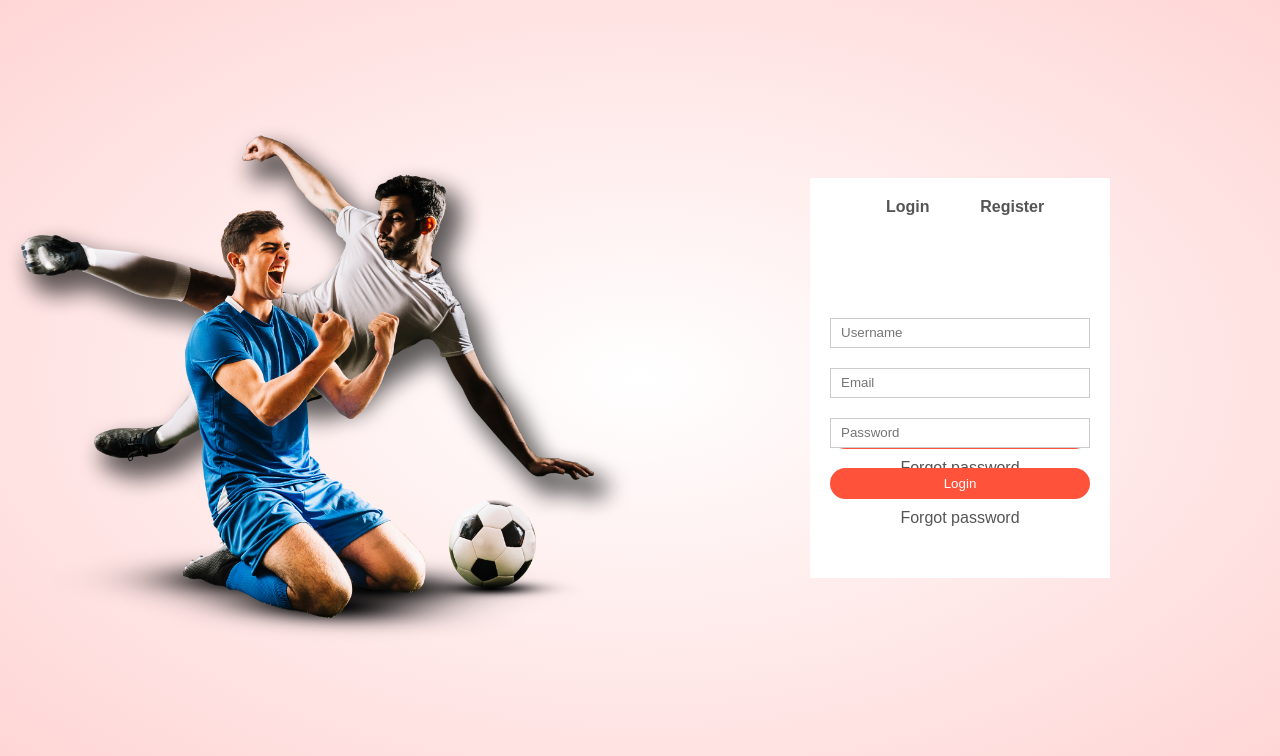
Repository: ritikalohia/tepid-frontend
Page: account.html
An editor plug-in stored every save of this project. The page is shown before and after a run of saves, followed by the edit.
The browser window is 1280 px wide. The pictures show the whole page.

Above is the page before, as saved 2021-06-09 12:33:22.

### account.html
<!DOCTYPE html>
<html lang="en">
<head>
    <meta charset="UTF-8">
    <meta http-equiv="X-UA-Compatible" content="IE=edge">
    <meta name="viewport" content="width=device-width, initial-scale=1.0">
    <link rel="stylesheet" href="style.css">
    <title>Document</title>
</head>
<body>
    <!---account page------>
    <div class="account-page">
        <div class="row">
            <div class="col-2">
                <img src="images/image1.png" width="100%" alt="">
            </div>
            <div class="col-2">
                <div class="form-container">
                    <div class="form-btn">
                        <span>Login</span>
                        <span>Register</span>
                    </div>
                    <form id="LoginForm">
                        <input type="text" placeholder="Username">
                        <input type="password" placeholder="Password">
                        <button type="submit" class="btn">Login</button>
                        <a href=""> Forgot password</a>
                    </form>

                    <form id="RegForm">
                        <input type="text" placeholder="Username">
                        <input type="email" placeholder="Email">
                        <input type="password" placeholder="Password">
                        <button type="submit" class="btn">Login</button>
                        <a href=""> Forgot password</a>
                    </form>
                </div>
            </div>

        </div>
    </div>


</body>
</html>

### style.css


*{
    margin: 0;
    padding: 0;
    box-sizing: border-box;
}

body{
    font-family: 'Poppins', sans-serif;
}

.navbar{
    display: flex;
    align-items: center;
    padding: 20px;
}

nav{
    flex: 1;
    text-align: right;
}

nav ul{
    display: inline-block;
    list-style-type: none;
}

nav ul li{
    display: inline-block;
    margin-right: 20px;
}

a{
    text-decoration: none;
    color: #555;
}

p{
    color: #555;
}

.container{
    max-width: 1300px;
    margin: auto;
    padding-left: 25px;
    padding-right: 25px;
}

.row{
    display: flex;
    align-items: center;
    flex-wrap: wrap;
    justify-content: space-around;
}

.col-2{
    flex-basis: 50%;
    min-width: 300px;
}

.col-2 img{
    max-width:100%;
    padding: 50px 0;
}

.col-2 h1{
    font-size: 50px;
    line-height: 60px;
    margin: 25px 0;
}

.btn{
    display: inline-block;
    background: #ff523b;
    color: #fff;
    margin: 30px 0;
    padding: 8px 30px;
    border-radius: 30px;
    transition: background 0.5s;
}

.btn:hover{
     background: #563434;
}

.header{
    background: radial-gradient(#fff, #ffd6d6);
}

.header .row{
    margin-top: 70px;
}

.categories{
    margin: 70px 0;
}

.col-3{
    flex-basis: 30%;
    min-width: 250px;
    margin-bottom: 30px;
}

.col-3 img{
    width: 100%;
}

.small-container{
    max-width: 1080px;
    margin: auto;
    padding-right: 25px;
    padding-left: 25px;
}

.col-4{
    flex-basis: 25%;
    padding: 10px;
    min-width: 200px;
    margin-bottom: 50px;
    transition: transform 0.5s;
}

.col-4 img{
    width: 100%;
}

.title{
    text-align: center;
    margin: 0 auto 80px;
    position: relative;
    line-height: 60px;
    color: #555;
}

.title::after{
    content: '';
    background: #ff523b;
    width: 80px;
    height: 5px;
    border-radius: 5px;
    position: absolute;
    bottom: 0;
    left: 50%;
    transform: translateX(-50%);
}

.title h4{
    color: #555;
    font-weight: normal;
}

.col-4 p{
    font-size: 14px;
}

.rating .fa{
    color: #ff523b;
}

.col-4:hover{
    transform: translateY(-5px);
}

/*----offer----*/
.offer{
    background: radial-gradient(#fff, #ffd6d6);
    margin-top: 80px;
    padding: 30px 0;
}

.col-2 .offer-img{
    padding: 50px;
}

small{
    color: #555;
}

/*Testimonial*/

.testimonial .col-3{
    text-align: center;
    padding: 40px 20px;
    box-shadow: 0 0 20px 0px rgba(0, 0, 0, 0.1);
    cursor: pointer;
    transition: transform 0.5s;
}

.testimonial .col-3 img{
    width: 50px;
    margin-top: 20px;
    border-radius: 50%;
}

.testimonial .col-3:hover{
    transform: translateY(-10px);
}

.fa.fa-qoute-left{
    font-size: 34px;
    color: #ff523b;
}

.col-3 p{
    font-size: 12px;
    margin: 12px 0;
    color: #777;
}

.testimonial .col-4 h3{
    font-weight: 600;
    color:#555;
    font-size: 16px;
}

/*-----------brands--------------*/
.brands{
    margin: 100px auto;
}

.col-5{
    width: 160px;
}

.col-5 img{
    width: 100%;
    cursor: pointer;
    filter: grayscale(100%);
}

.col-5 img:hover{
    filter: grayscale(0);
}


/*-------------footer---------------*/

.footer{
    background: #000;
    color: #8a8a8a;
    font-size: 14px;
    padding: 60px 0 20px;
}

.footer p {
    color: #8a8a8a;
}

.footer h3{
    color: #fff;
    margin-bottom: 20px;
}

.footer-col-1, .footer-col-2, .footer-col-3, .footer-col-4{
    min-width: 250px;
    margin-bottom: 20px;
}

.footer-col-1{
    flex-basis: 30%;
}

.footer-col-2{
    flex: 1;
    text-align: center;
}

.footer-col-2 img{
    width: 180px;
    margin: 20px;
}

.footer-col-3, .footer-col-4{
    flex-basis: 12%;
    text-align: center;
}

ul{
    list-style-type: none;
}

.app-logo{
    margin-top: 20px;
}

.app-logo img{
    width: 140px;
}

.footer hr{
    border: none;
    background: #b5b5b5;
    margin: 20px 0;
    height: 1px;
}

.copyright{
     text-align: center;
}

.menu-icon{
    width: 28px;
    margin-left: 20px;
    display: none;
}


/*-------------media query-------------*/
@media only screen and (max-width:800px){
    nav ul{
        position: absolute;
        top: 70px;
        left: 0;
        background: #333;
        width: 100%;
        overflow: hidden;
        transition: max-height 0.5s;
    }

    nav ul li{
        display: block;
        margin-right: 50px;
        margin-top: 10px;
        margin-bottom: 10px;
    }

    nav ul li a{
        color: #fff;
    }

    .menu-icon{
        display: block;
        cursor: pointer;
    }
}

/* media query for less than 600 screen size */
@media only screen and (max-width:600px){
    .row{
        text-align: center;
    }

    .col-2, .col-3, .col-4{
        flex-basis: 100%;
    }
}




/*  all products page  */
.row-2{
    justify-content: space-between;
    margin: 100px auto 50px;
}

select{
    border: 1px solid #ff523b;
    padding: 5px;
}

select:focus{
    outline: none;
}

.page-btn{
    margin: 0 auto 80px;
}

.page-btn span{
    display: inline-block;
    border: 1px solid #ff523b;
    margin-left: 10px;
    width: 40px;
    height: 40px;
    text-align: center;
    line-height: 40px;
    cursor: pointer;
}


.page-btn span:hover{
    background: #ff523b;
    color: #fff;
}



/*--------Product page---------*/
.single-product{
    margin-top: 80px;
}

.single-product .col-2 img{
    padding: 0;
}

.single-product .col-2{
    padding: 20px;
}

.single-product h4{
    margin: 20px 0;
    font-size: 22px;
    font-weight: bold;
}

.single-product select{
    display: block;
    padding: 10px;
    margin-top: 20px;
}

.single-product input{
    width: 50px;
    height: 40px;
    padding-left: 10px;
    font-size: 20px;
    margin-right: 10px;
    border: 1px solid #ff523b;
}

input:focus{
    outline: none;
}

.single-product .fa{
    color: #ff523b;
    margin-left:  10px;
}

.small-img-row{
    display: flex;
    justify-content: space-around;
}

.small-img-col{
    flex-basis: 24%;
    cursor: pointer;
}

@media only screen and (max-width:600px){

    .single-product{
        text-align: left;
    }

    .single-product .col-2{
        padding: 20px 0;
    }
    .single-product h1{
        font-size: 26px;
        line-height: 22px;
    }
}


/*-------cart items------*/
.cart-page{
    margin: 80px auto;
}

table{
    width: 100%;
    border-collapse: collapse;
}

.cart-info{
    display: flex;
    flex-wrap: wrap;
}

th{
    text-align: left;
    padding: 5px;
    color: #fff;
    background: #ff523b;
    font-weight: normal;
}

td{
    padding: 10px 5px;
}

td input{
    width: 40px;
    height: 30px;
    padding: 5px;
}

td a{
    color: #ff523b;
    font-size: 12px;
}

td img{
    width: 80px;
    height: 80px;
    margin-right: 10px;
}

.total-price{
    display: flex;
    justify-content: flex-end;
}

.total-price table{
    border-top: 3px solid #ff523b;
    width: 100%;
    max-width: 400px;
}

td:last-child{
    text-align: right;
}

th:last-child{
    text-align: right;
}

@media only screen and (max-width:600px){
    .cart-info p{
        display: none;
    }
}



/* account page */
.account-page{
    padding: 50px 0;
    background: radial-gradient(#fff, #ffd6d6);
}

.form-container{
    background: #fff;
    width: 300px;
    height: 400px;
    position: relative;
    text-align: center;
    padding: 20px 0;
    margin: auto;
    box-shadow:  0 0 20 0 rgba(0, 0, 0, 0.1);
}

.form-container span{
    font-weight: bold;
    padding: 0 10px;
    color: #555;
    cursor: pointer;
    width: 100px;
    display: inline-block;
}

.form-btn{
   display: inline-block;
}

.form-container form{
    max-width: 300px;
    padding: 0 20px;
    position: absolute;
    top: 130px;
}

form input{
    width: 100%;
    height: 30px;
    margin: 10px 0;
    padding: 0 10px;
    border: 1px solid #ccc;
}

form .btn{
    width: 100%;
    border:none;
    cursor: pointer;
    margin: 10px 0;
}

form .btn:focus{
    outline: none;
}

#l

After the next 3 saves:
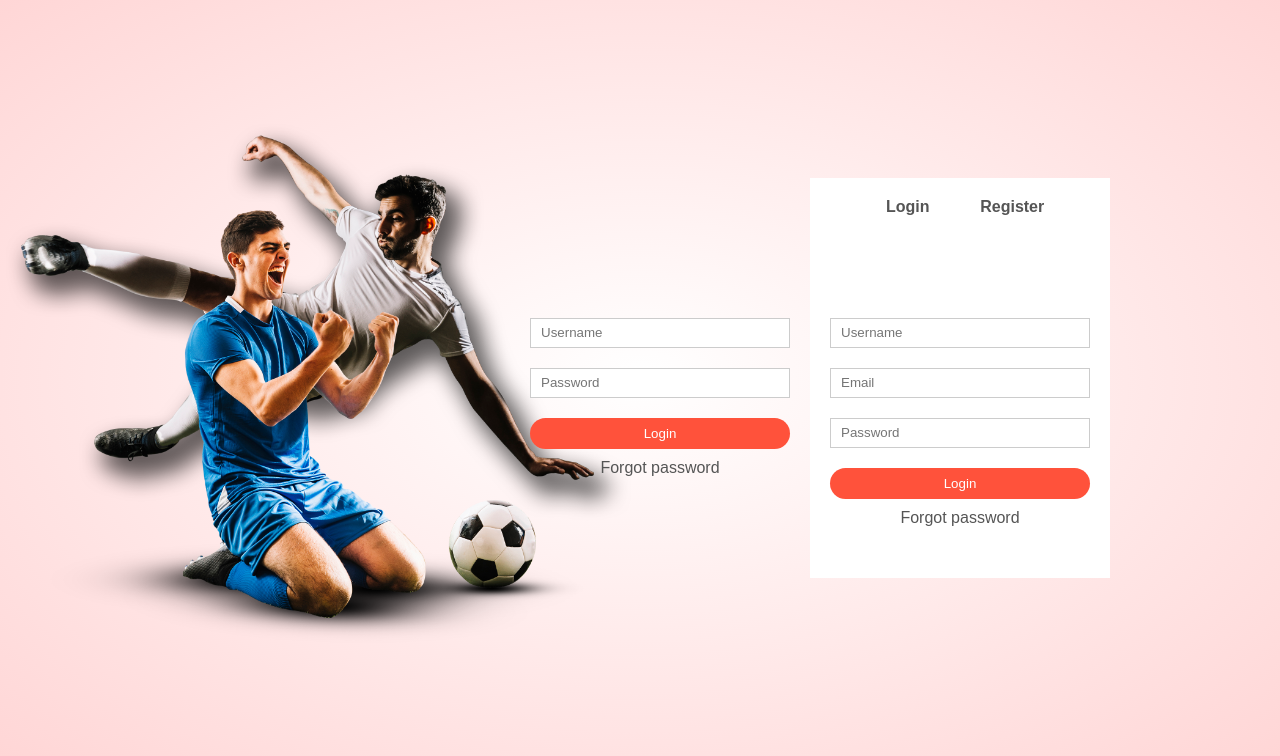
The 3 saves are shown as one change because they came seconds apart.
The last was saved 11 s later.
--- a/style.css
+++ b/style.css
@@ -583,4 +583,7 @@ form .btn:focus{
     outline: none;
 }
 
-#l
+#LoginForm{
+    left: -300px;
+
+}
